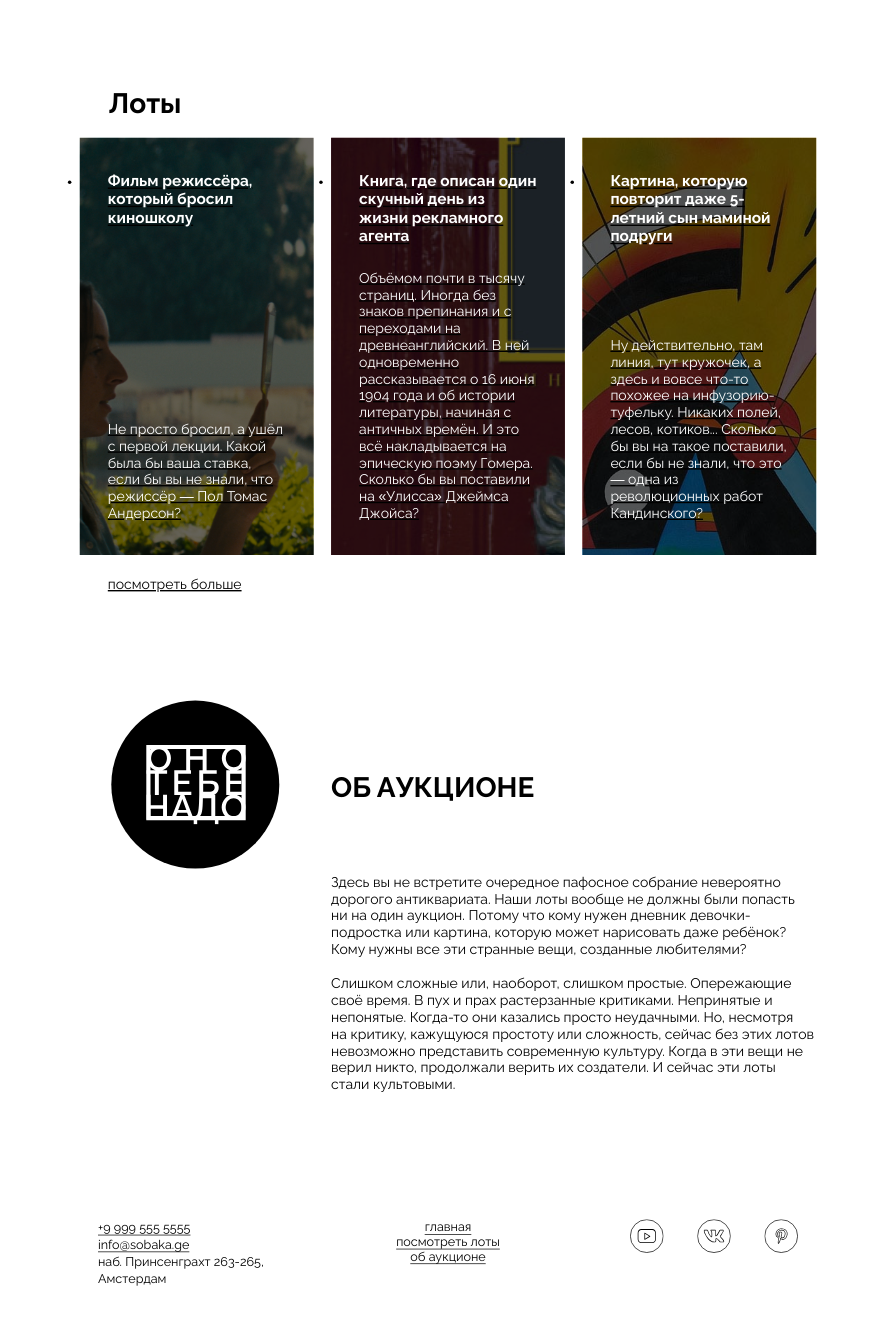
Repository: NikWolf75/ono-tebe-nado-fd
Page: index.html
An editor plug-in stored every save of this project. The page is shown before and after a run of saves, followed by the edit.
The browser window is 1280 px wide. The pictures show the part of the page from y = 1107 to 3027 px (the page is 3027 px tall), at 70% of full size.

Above is the page before, as saved 2024-12-18 22:38:18.

After the next 2 saves:
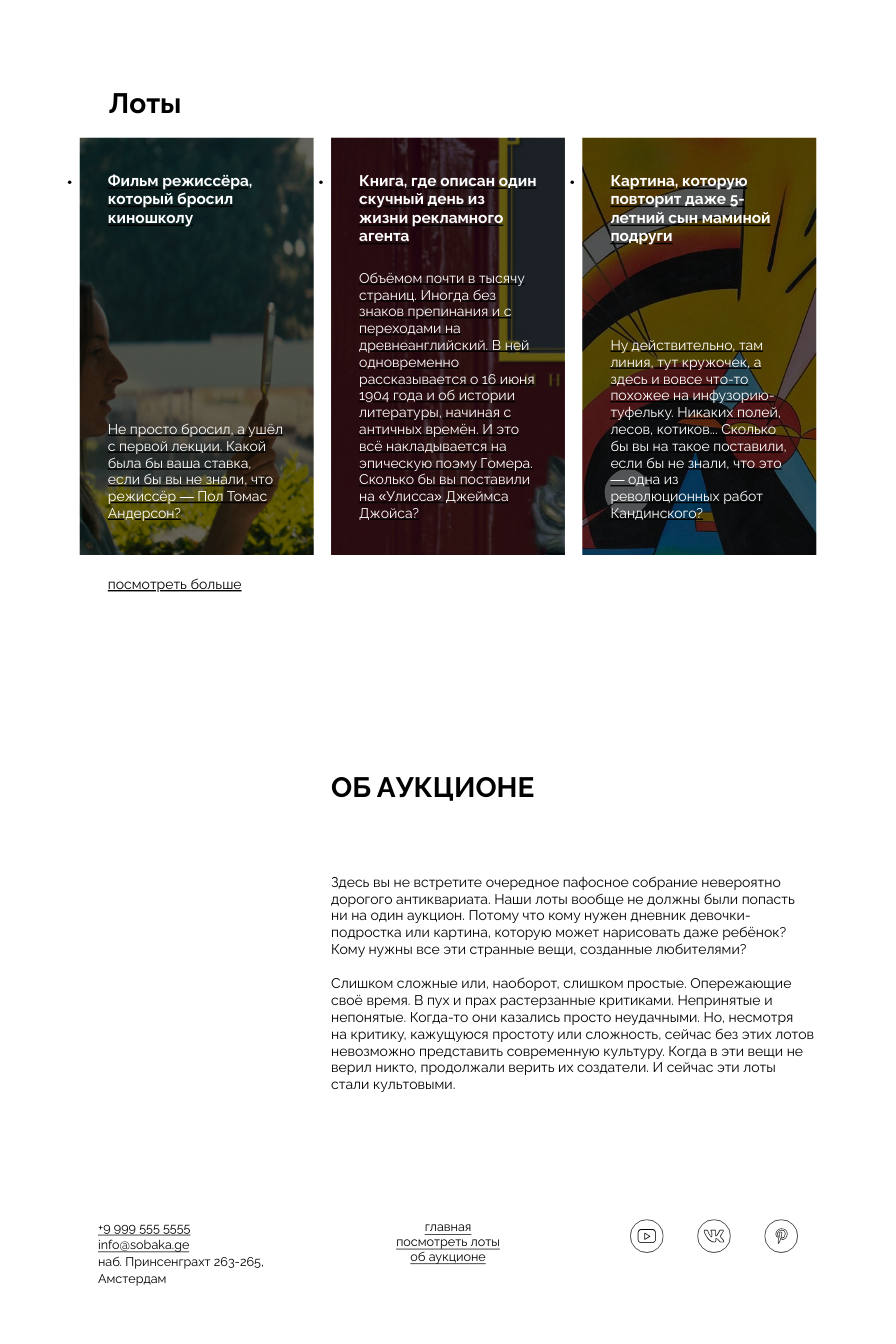
The 2 saves are shown as one change because they came seconds apart.
The last was saved 19 s later.
--- a/styles/style.css
+++ b/styles/style.css
@@ -221,8 +221,8 @@
   align-items: center;
   width: 240px;
   height: 240px;
-  border-radius: 100%;
-  background-color: #000;
+
+
 }
 
 .about__logo-image {
